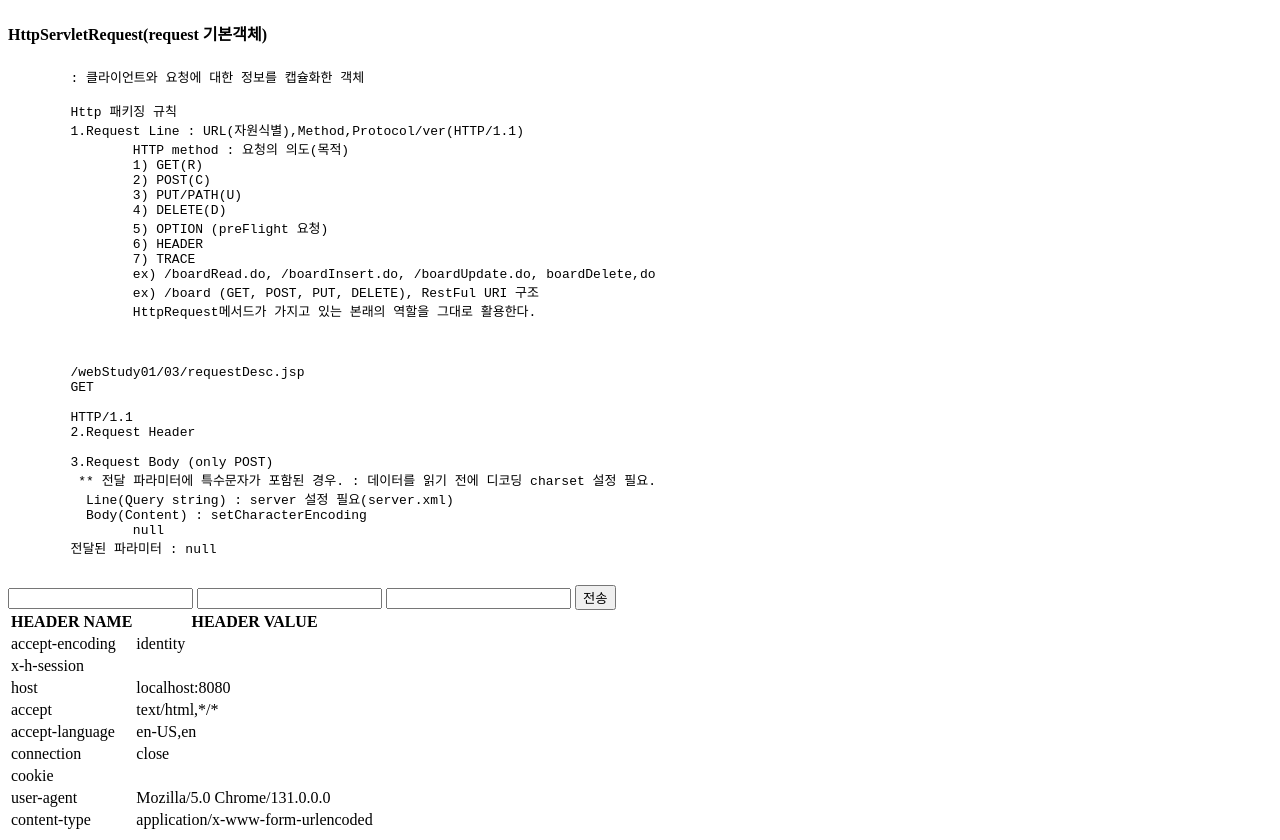
Repository: JavaJin96/kr.or.ddit.WebApp
Page: http://localhost/webStudy01/03/requestDesc.jsp
The author's editor kept a copy of each file at every save. The page is drawn from the files as they stood at one save, then again after the next save.
The browser window is 1280 px wide. The pictures show the whole page.
The page is served by Tomcat 9. Other server files are loaded and not shown.

Above is the page before, as saved 2022-03-03 01:21:18.

### 6.JspSpring/workspace/webStudy01/webapp/03/requestDesc.jsp
<%@page import="java.util.Enumeration"%>
<%@ page language="java" contentType="text/html; charset=UTF-8"
    pageEncoding="UTF-8"%>
<%
	request.setCharacterEncoding("UTF-8");
%>
<!DOCTYPE html>
<html>
<head>
<meta charset="UTF-8">
<title>Insert title here</title>
</head>
<body>
<h4>HttpServletRequest(request 기본객체)</h4>
<pre>
	: 클라이언트와 요청에 대한 정보를 캡슐화한 객체

	Http 패키징 규칙
	1.Request Line : URL(자원식별),Method,Protocol/ver(HTTP/1.1)
		HTTP method : 요청의 의도(목적)
		1) GET(R)
		2) POST(C)
		3) PUT/PATH(U)
		4) DELETE(D)
		5) OPTION (preFlight 요청)
		6) HEADER
		7) TRACE
		ex) /boardRead.do, /boardInsert.do, /boardUpdate.do, boardDelete,do
		ex) /board (GET, POST, PUT, DELETE), RestFul URI 구조
		HttpRequest메서드가 가지고 있는 본래의 역할을 그대로 활용한다.



	<%=request.getRequestURI() %>
	<%=request.getMethod() %>

	<%=request.getProtocol() %>
	2.Request Header

	3.Request Body (only POST)
	 ** 전달 파라미터에 특수문자가 포함된 경우. : 데이터를 읽기 전에 디코딩 charset 설정 필요.
	  Line(Query string) : server 설정 필요(server.xml)
	  Body(Content) : setCharacterEncoding
		<%=request.getParameter("param")%>
	전달된 파라미터 : <%=request.getParameter("param") %>

</pre>
<form method="post" action="<%=request.getContextPath()%>/03/requestDesc.jsp">
	<input type="text" name="param" />
	<input type="text" name="param" />
	<input type="text" name="param" />
	<input type="submit" value="전송">
</form>
<table>
<thead>
<tr>
	<th>HEADER NAME</th>
	<th>HEADER VALUE</th>
</tr>
</thead>
<tbody>
<%
 	Enumeration<String> headerNames = request.getHeaderNames();
	while(headerNames.hasMoreElements()){
		String name = headerNames.nextElement();
		String value = request.getHeader(name);
%>
	<tr>
		<td><%=name %></td>
		<td><%=value %></td>
	</tr>

<%
	}
%>
</tbody>
</table>
</body>
</html>

After the next save:
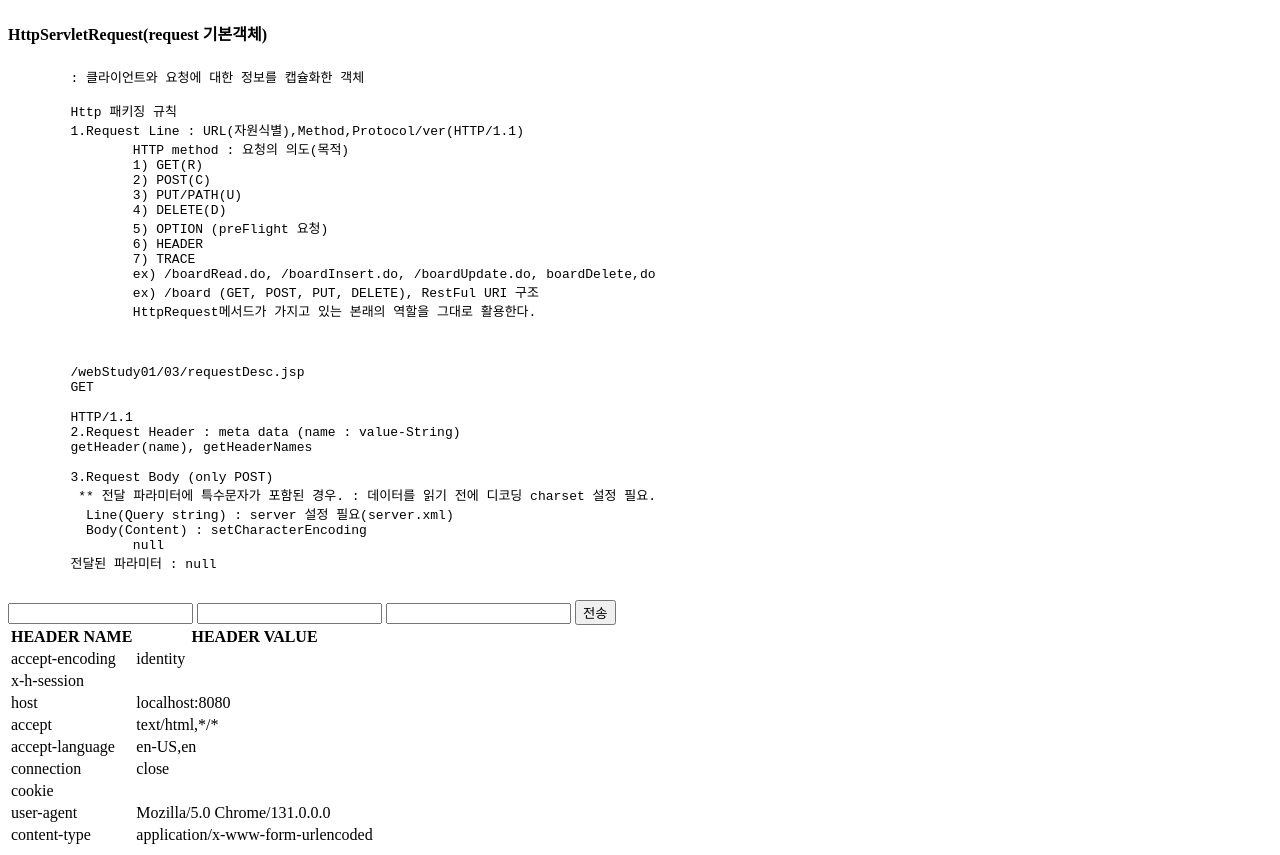
Saved 42 s later.
--- a/6.JspSpring/workspace/webStudy01/webapp/03/requestDesc.jsp
+++ b/6.JspSpring/workspace/webStudy01/webapp/03/requestDesc.jsp
@@ -35,7 +35,8 @@
 	<%=request.getMethod() %>
 
 	<%=request.getProtocol() %>
-	2.Request Header
+	2.Request Header : meta data (name : value-String)
+	getHeader(name), getHeaderNames
 
 	3.Request Body (only POST)
 	 ** 전달 파라미터에 특수문자가 포함된 경우. : 데이터를 읽기 전에 디코딩 charset 설정 필요.
